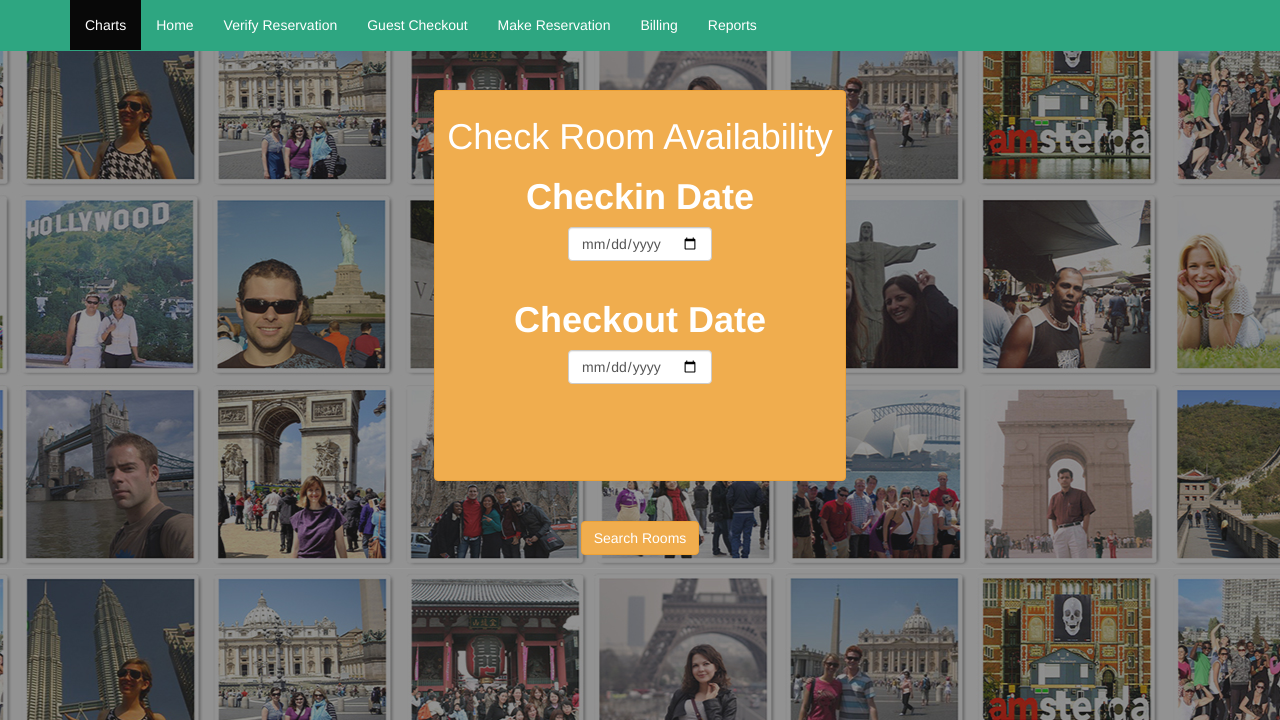
Repository: arjunshukla/CMPE-275_Team-07_Term-Project_Mini-Hotel-Manager
Page: NodeJS_webapp/client/chart.html
The author's editor kept a record of every edit. The page is drawn from the files as they stood at one moment, then again after the next edit.
The browser window is 1280 px wide. The pictures show the whole page.
Some web libraries are served in a nearby version.

Above is the page before.

### NodeJS_webapp/client/chart.html
<!DOCTYPE html>
<html lang="en">

<head>
    <meta charset="utf-8">
    <meta http-equiv="X-UA-Compatible" content="IE=edge">
    <meta name="viewport" content="width=device-width, initial-scale=1">
    <!-- The above 3 meta tags *must* come first in the head; any other head content must come *after* these tags -->
    <meta name="description" content="">
    <meta name="author" content="">
    <link rel="icon" href="../../favicon.ico">

    <title>Reservation</title>

    <!-- Bootstrap core CSS -->
    <link href="./css/bootstrap.min.css" rel="stylesheet">
    <!--<link href="./css/bootstrap.css" rel="stylesheet">-->

    <link href="./css/new-template.css" rel="stylesheet">



</head>

<body>

    <nav class="navbar navbar-inverse navbar-fixed-top">
        <div class="container">
            <div class="navbar-header">
                <button type="button" class="navbar-toggle collapsed" data-toggle="collapse" data-target="#navbar" aria-expanded="false" aria-controls="navbar">
                    <span class="sr-only">Toggle navigation</span>
                    <span class="icon-bar"></span>
                    <span class="icon-bar"></span>
                    <span class="icon-bar"></span>
                </button>
                <!--<a class="navbar-brand" href="#">Pally App</a>-->
            </div>
            <div id="navbar" class="collapse navbar-collapse">
                <ul class="nav navbar-nav">
            <li class="active"><a href="chart">Charts</a></li>
			<li><a href="index">Home</a></li>
			 <li><a href="verifyReservation">Verify Reservation</a></li>
            <li><a href="checkout">Guest Checkout</a></li>
            <li><a href="makeReservation">Make Reservation</a></li>
            <li><a href="billing">Billing</a></li>
            <li><a href="report">Reports</a></li>
                </ul>
            </div>
            <!--/.nav-collapse -->
        </div>
    </nav>

    <div class="container">

        <div class="starter-template">
            <!--   <h1>Bootstrap starter template</h1>
        <p class="lead">Use this document as a way to quickly start any new project.<br> All you get is this text and a mostly barebones HTML document.</p>
         -->
            <!--<div class="row">-->

            <!--<div class="col-sm-3">-->


            <form class="form-inline" role="form" name='chart' action="/chart" method='POST' enctype='application/json'>
                <div class="btn  btn-warning">
                    <h1>Check Room Availability<br/><h1>

            <label for="checkin_date">Checkin Date</label>
            <br/>
           <input type="date" class="form-control" ng-model="checkin_date" placeholder="Select checkin date" required><br/><br/>

         <label for="checkout_date">Checkout Date</label>
         <br/>
          <input type="date" class="form-control" ng-model="checkout_date" placeholder="Select checkout date" required><br/><br/>
         <!--  <label for="checkout_date">Number of Rooms</label>-->
         <!--<br/>-->
         <!-- <input type="text" class="form-control" ng-model="room_no" placeholder="Select number of rooms" required><br/><br/>-->

         <!--  <label>Room Type</label>-->
         <!--  <br/>-->
         <!--  <select class="form-control" name ="room_type" required>-->
         <!--    <option value="" disabled selected>---Select---</option>-->
         <!--    <option value="K">King</option>-->
         <!--    <option value="Q">Queen</option>-->
         <!--    <option value="SK">Smoking-King</option>-->
         <!--    <option value="SQ">Smoking-Queen</option>-->
         <!--    <select>-->
             <br/>
       </div>
       <br>
       <br></br>
        <button type="submit" class="btn  btn-warning">Search Rooms</button>
          </form>
  </div>


<!--</div>-->

        </div>

   <!--     <div class="col-sm-6">-->
   <!--   <div class="pallylogo">  -->

  	<!--<div class="row">-->
  	<!--	<div class="col-sm-12" >-->
		 <!-- 		   <div class="logo"> -->
		 <!--			   <a href="#"><img src="./images/pallylogo.png" height="151" width="197" border="0" alt="" /></a>-->
		 <!--  			 </div>-->
  	<!--	</div>-->
  	<!--</div>  -->


  	<div class="row">
  	<!--  <div class="col-sm-12" >
				  		  <div class="textbox_wrap">
								<span class="email-error"></span>
								<span style="display:none" class="pally_alert_done"><img src="" height="" width="" border="0" alt="" /></span>
		  				  </div>
  		</div>-->
  		<!--<div class="col-sm-12" >-->

  	<!--	<div class="field-area">-->
			<!--   <form action="/sendEmail" method="POST">-->
		 <!--  			   <input name="userEmail" type="email" required placeholder="Enter e-mail for invite">-->
		 <!--    		 <input type="submit" class="text_button_1" value="OK">-->
   <!-- 		  </form>-->
   <!-- 		  <form class="form-inline" role="form">-->
   <!-- 		   <div class="form-group">-->
   <!--				 <input type="email" class="form-control" id="email" placeholder="Enter email-id for Invite" required>-->
 		<!--	 </div>-->
 		<!--	  <button type="submit" class="btn  btn-warning">Submit</button>-->
   <!-- 		  </form>-->
	  <!--</div>-->

  		<!--</div>-->
  	</div>


   <!--  <div class="textbox_wrap">
	<span class="email-error"></span>
	<span style="display:none" class="pally_alert_done"><img src="" height="" width="" border="0" alt="" /></span>
    </div>

	<div class="field-area">
	  <form action="/sendEmail" method="POST">
      <input name="userEmail" type="email" required placeholder="Enter e-mail for invite" style="width:50%; margin-left:200px; font-size:20px; padding:15px 15px; border-radius:5px;">
      <input type="submit" class="text_button_1" value="OK">
      </form>
	  </div>-->

       </div>
        </div>

        </div>


      </div>

    </div><!-- /.container -->


    <!-- Bootstrap core JavaScript
    ================================================== -->
    <!-- Placed at the end of the document so the pages load faster -->
    <script src="https://ajax.googleapis.com/ajax/libs/jquery/1.11.3/jquery.min.js"></script>
    <script src="./js/bootstrap.min.js"></script>

  </body>
</html>

### NodeJS_webapp/client/css/new-template.css
body {

  padding-top: 50px;

  overflow:scroll;
    background-image: url(../images/bg.jpg) ;
  background-position: 0px 0px;
	background-repeat: repeat-x repeat-y;
	-webkit-animation: animatedBackground 40s linear infinite;
-moz-animation: animatedBackground 40s linear infinite;
-o-animation: animatedBackground 40s linear infinite;
-ms-animation: animatedBackground 40s linear infinite;
animation: animatedBackground 40s linear infinite;


	-webkit-animation: animatedBackground 40s linear infinite;

}

.starter-template {
  padding: 40px 15px;
  text-align: center;



}

@keyframes animatedBackground {
	from { background-position: 0 0; }
	to { background-position: 100% 0; }
}
@keyframes animatedBackground {
	from { background-position: 0 0; }
	to { background-position: 100% 0; }
}
@-webkit-keyframes animatedBackground {
	from { background-position: 0 0; }
	to { background-position: 100% 0; }
}
@-moz-keyframes animatedBackground {
	from { background-position: 0 0; }
	to { background-position: 100% 0; }
}
@-o-keyframes animatedBackground {
	from { background-position: 0 0; }
	to { background-position: 100% 0; }
}
@-ms-keyframes animatedBackground {
	from { background-position: 0 0; }
	to { background-position: 100% 0; }
}

 /*.carousel-inner > .item > img,
  .carousel-inner > .item > a > img {
      width: 100%;
      margin: auto;
	  border-radius:5px;
  }*/

  #myCarousel
  {
  border-radius:5px;
  }

  .navbar-inverse{

 background-color: #2ea681;
 border-color:#2ea681;
  }

.navbar-inverse .navbar-nav>li>a{

	color:#ffffff;
}

.navbar-inverse .navbar-brand{
	color:#ffffff;

}
.field-area{
	    margin-top:20px;
}

.pallylogo{
	 margin-top:30px;

}

.carousel-control{

	width: 0;
}

Loaded but not shown: NodeJS_webapp/client/css/bootstrap.min.css (library); NodeJS_webapp/client/js/bootstrap.min.js (library)

After the next edit:
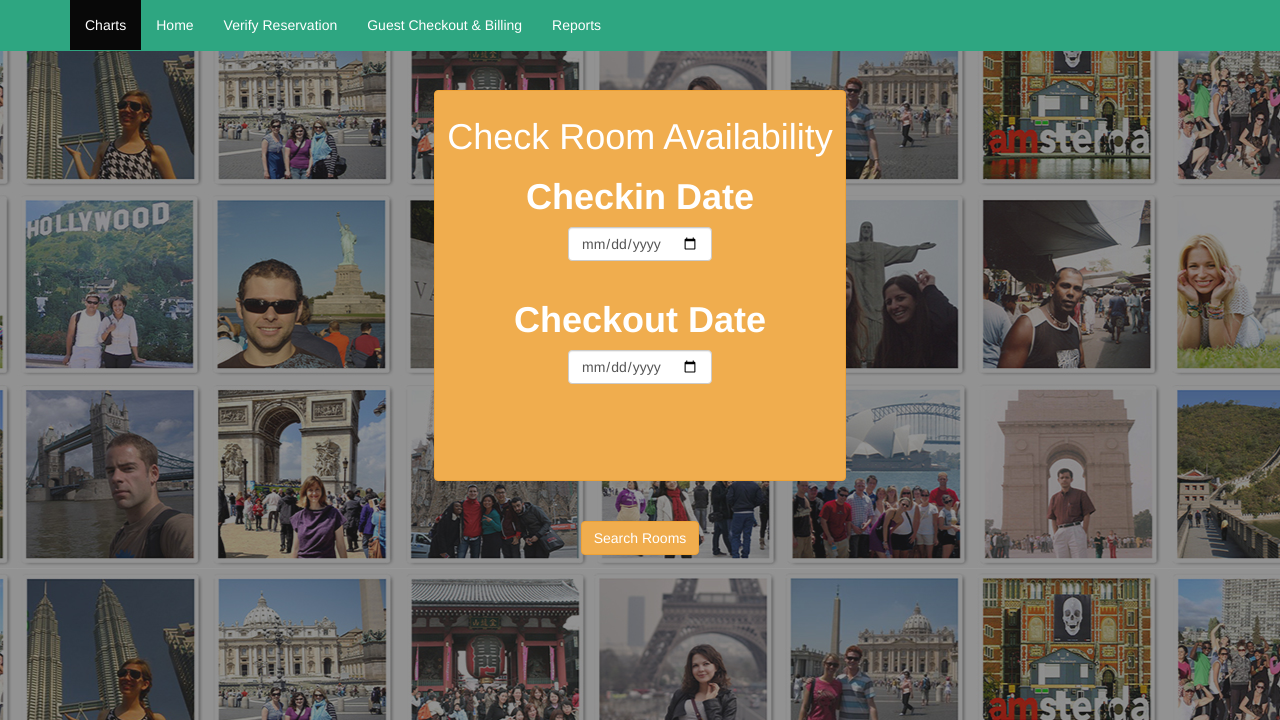
The edit:
--- a/NodeJS_webapp/client/chart.html
+++ b/NodeJS_webapp/client/chart.html
@@ -40,9 +40,7 @@
             <li class="active"><a href="chart">Charts</a></li>
 			<li><a href="index">Home</a></li>
 			 <li><a href="verifyReservation">Verify Reservation</a></li>
-            <li><a href="checkout">Guest Checkout</a></li>
-            <li><a href="makeReservation">Make Reservation</a></li>
-            <li><a href="billing">Billing</a></li>
+            <li><a href="checkout">Guest Checkout & Billing</a></li>
             <li><a href="report">Reports</a></li>
                 </ul>
             </div>
